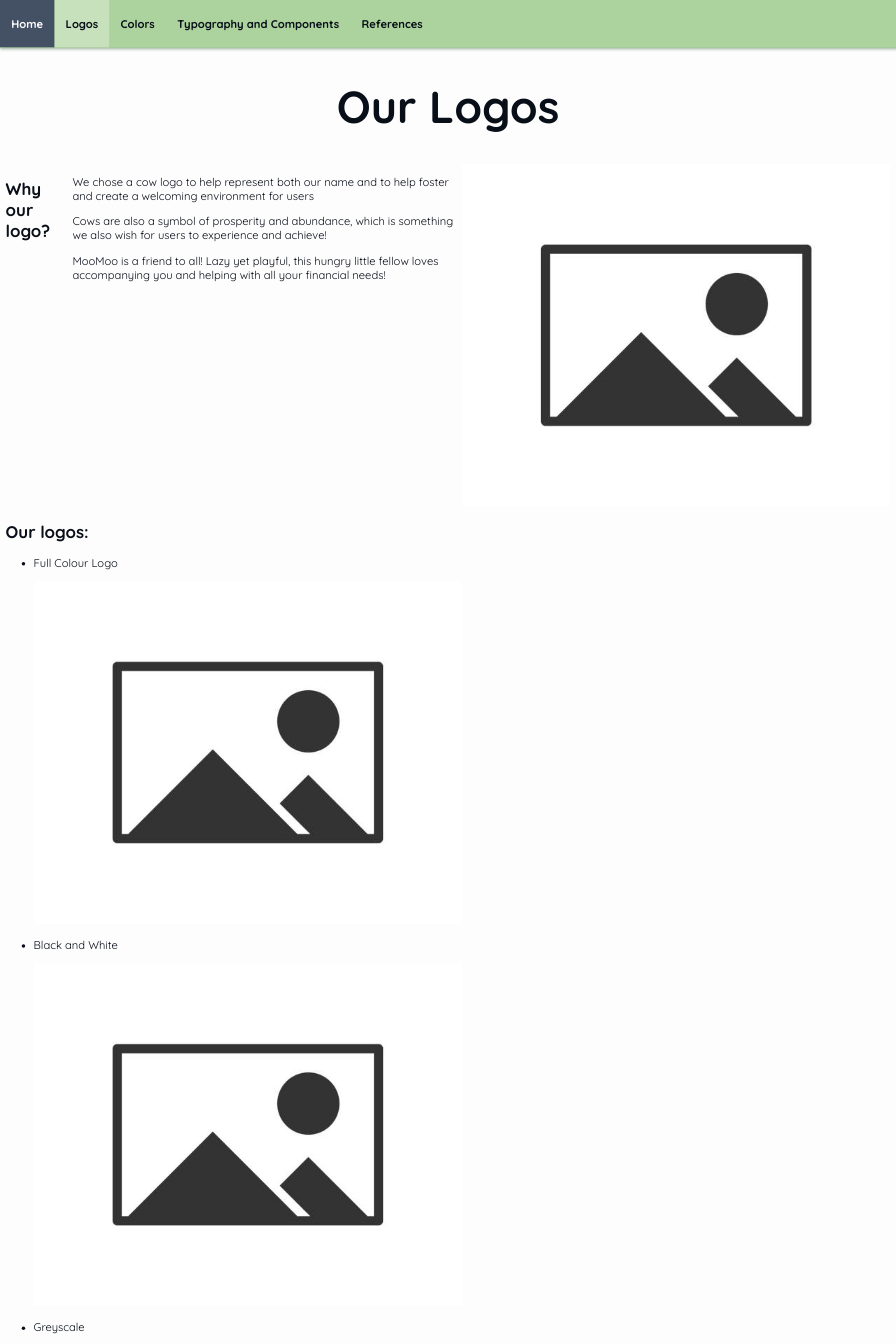
Repository: AlyssaHug/MoolahMate-A5Styleguide
Page: logos.html
An editor plug-in stored every save of this project. The page is shown before and after the next save, followed by the edit.
The browser window is 1280 px wide. The pictures show the part of the page from y = 0 to 1920 px (the page is 10752 px tall), at 70% of full size.

Above is the page before, as saved 2025-03-31 09:46:25.

After the next save:
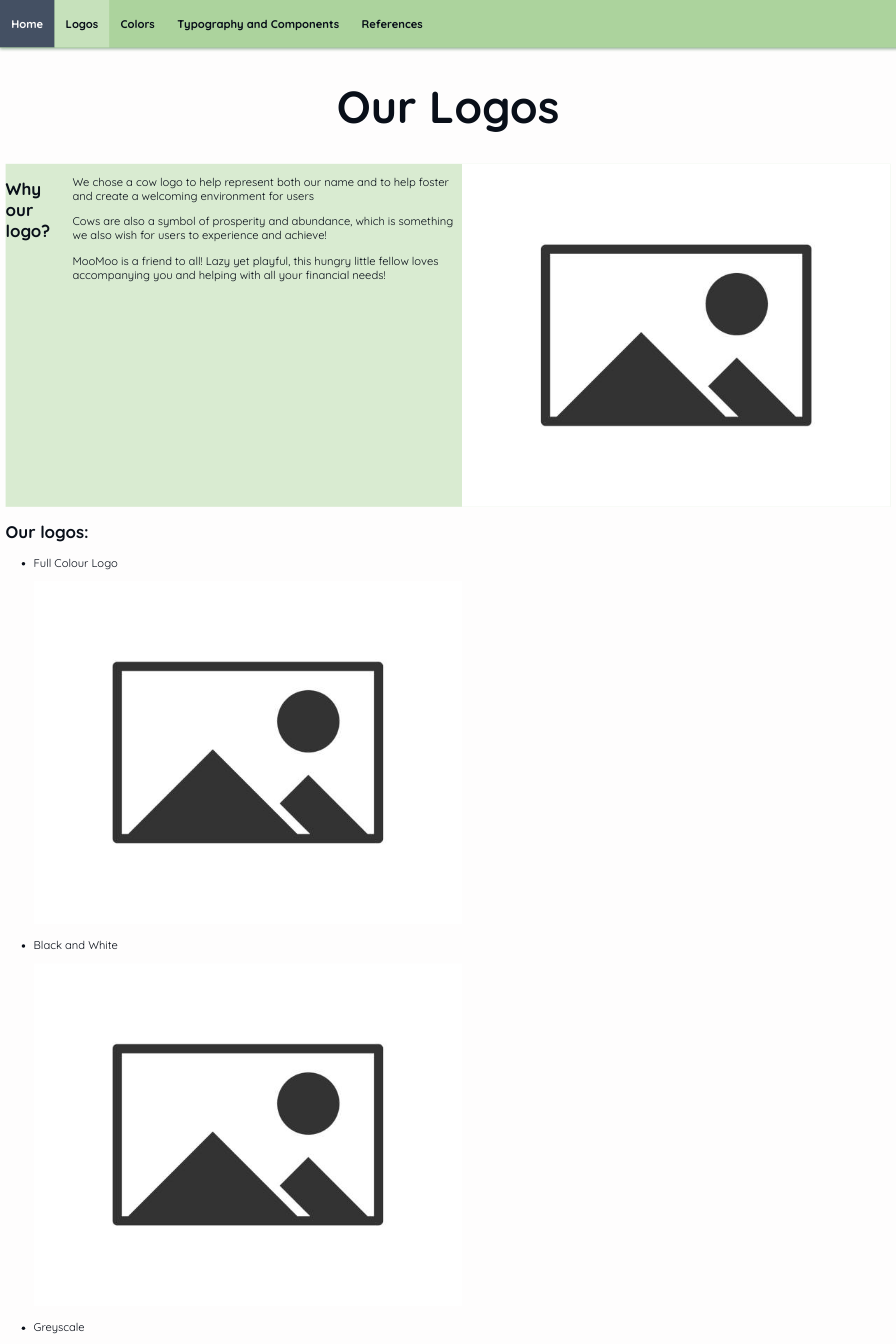
Saved 20 s later.
--- a/Logo-styles.css
+++ b/Logo-styles.css
@@ -5,7 +5,7 @@
 
 .rationale {
     display: flex;
-    background-color:
+    background-color: #d9ebd1;
 }
 
 .rationale__title {
